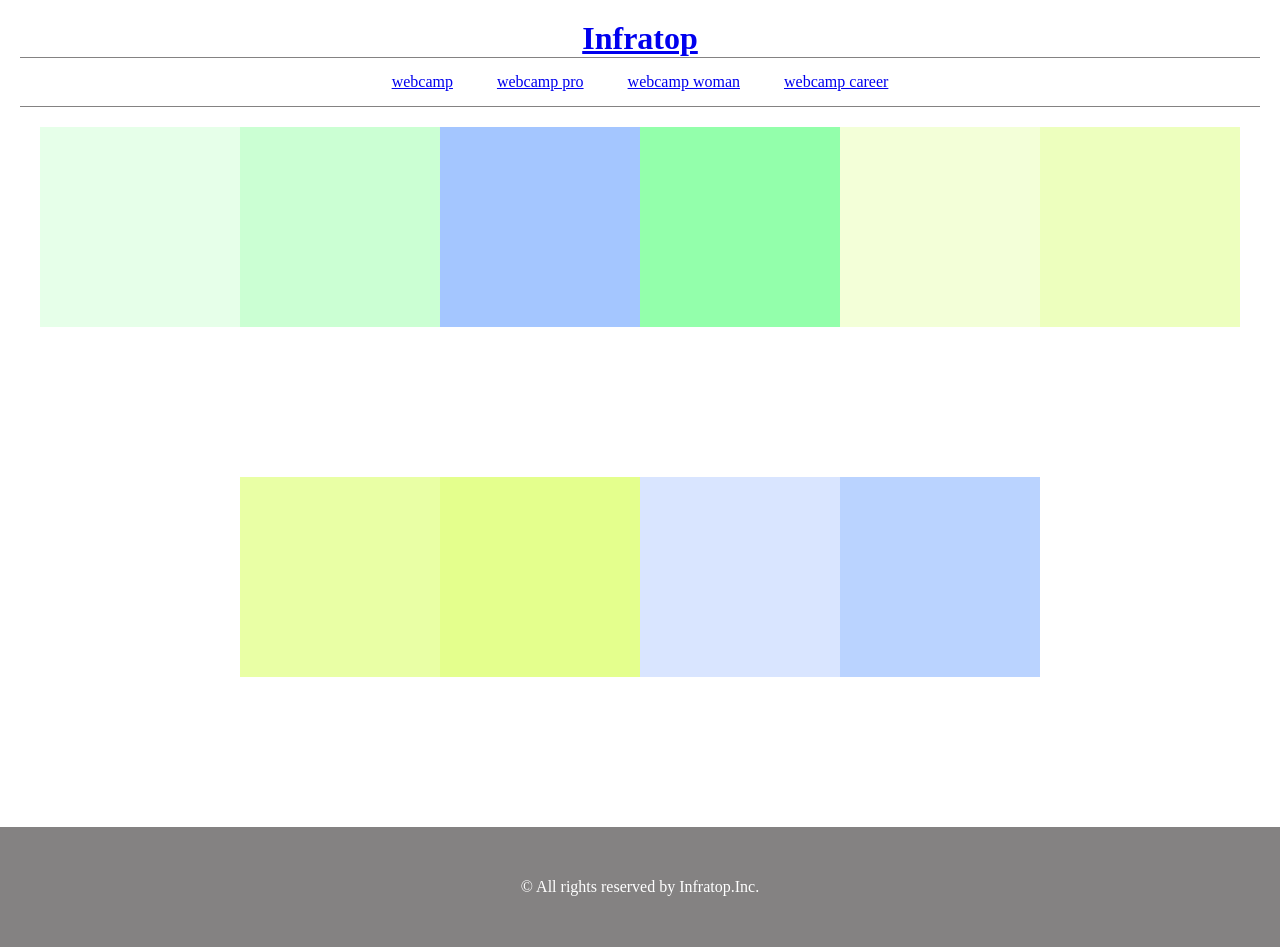
Repository: tkikokiko/webcamp-practice
Page: 1-5/index1-5.html
The author's editor kept a record of every edit. The page is drawn from the files as they stood at one moment, then again after the next edit.
The browser window is 1280 px wide. The pictures show the whole page.

Above is the page before.

### 1-5/index1-5.html
<!DOCTYPE html>
<!DOCTYPE html>
<html lang="ja">
  <head>
    <meta charset="UTF-8" />
    <link rel="stylesheet" href="style1-5.css" />
    <title>kadai1-5</title>
  </head>

  <body>
    <header>
      <h1 class="heading">
        <a href="index1-5.html">
          Infratop
        </a>
      </h1>

      <nav>
        <ul class="nav-list">
          <li class="nav-list-item">
            <a href="index1-5.html">
              webcamp
            </a>
          </li>
          <li class="nav-list-item">
            <a href="index1-5.html">
              webcamp pro
            </a>
          </li>
          <li class="nav-list-item">
            <a href="index1-5.html">
              webcamp woman
            </a>
          </li>
          <li class="nav-list-item">
            <a href="index1-5.html">
              webcamp career
            </a>
          </li>
        </ul>
      </nav>
    </header>

    <div class=main>
      <div class=box1-left></div>
      <div class=box1-center-left></div>
      <div class=box1-center-right></div>
      <div class=box1-right></div>

      <div class=box2-left></div>
      <div class=box2-center-left></div>
      <div class=box2-center-right></div>
      <div class=box2-right></div>

      <div class=box3-left></div>
      <div class=box3-center-left></div>
      <div class=box3-center-right></div>
      <div class=box3-right></div>
    </div>

    <footer>
      <p class="footer-text">© All rights reserved by Infratop.Inc.</p>
    </footer>
  </body>

</html>

### 1-5/style1-5.css
* {
  margin: 0;
  padding: 0;
  box-sizing: border-box;
  /*color: #6c6b6b;*/
}

header {
  width: 100%;
  padding: 20px 0;
  margin: 0 auto;
  text-align: center;

}

header .heading {
  font-size: 32px
  /*line-height: 72px;*/
}

.nav-list {
  text-align: center;
  padding: 15px;
  margin:  0 20px;
  border-top:solid 1px #848282;
  border-bottom:solid 1px #848282;
}

.nav-list-item {
  list-style: none;
  display: inline-block;
  margin: 0 20px;
}

.main {
  width: 100%;
  height: 700px;
  display: flex;
  justify-content: center;
  margin: 0 auto;
  flex-wrap: wrap;
}

.box1-left {
  width: 200px;
  height: 200px;
  background-color: #e6ffe9;
}
.box1-center-left {
  width: 200px;
  height: 200px;
  background-color: #cbffd3;
}
.box1-center-right {
  width: 200px;
  height: 200px;
  background-color: #aeffbd;
}
.box1-right {
  width: 200px;
  height: 200px;
  background-color: #93ffab;
}

.box2-left {
  width: 200px;
  height: 200px;
  background-color: #f3ffd8;
}
.box2-center-left {
  width: 200px;
  height: 200px;
  background-color: #edffbe;
}
.box2-center-right {
  width: 200px;
  height: 200px;
  background-color: #e9ffa5;
}
.box2-right {
  width: 200px;
  height: 200px;
  background-color: #e4ff8d;
}

.box3-left {
  width: 200px;
  height: 200px;
  background-color: #d9e5ff;
}
.box3-center-left {
  width: 200px;
  height: 200px;
  background-color: #bad3ff;
}
.box1-center-right {
  width: 200px;
  height: 200px;
  background-color: #a4c6ff;
}
.box1-right {
  width: 200px;
  height: 200px;
  background-color: #93ffab;
}
footer{
  width: 100%;
  height: 120px;
  text-align: center;
  line-height: 120px;
  background-color: #848282;
}

.footer-text {
  color: #fff;
}

After the next edit:
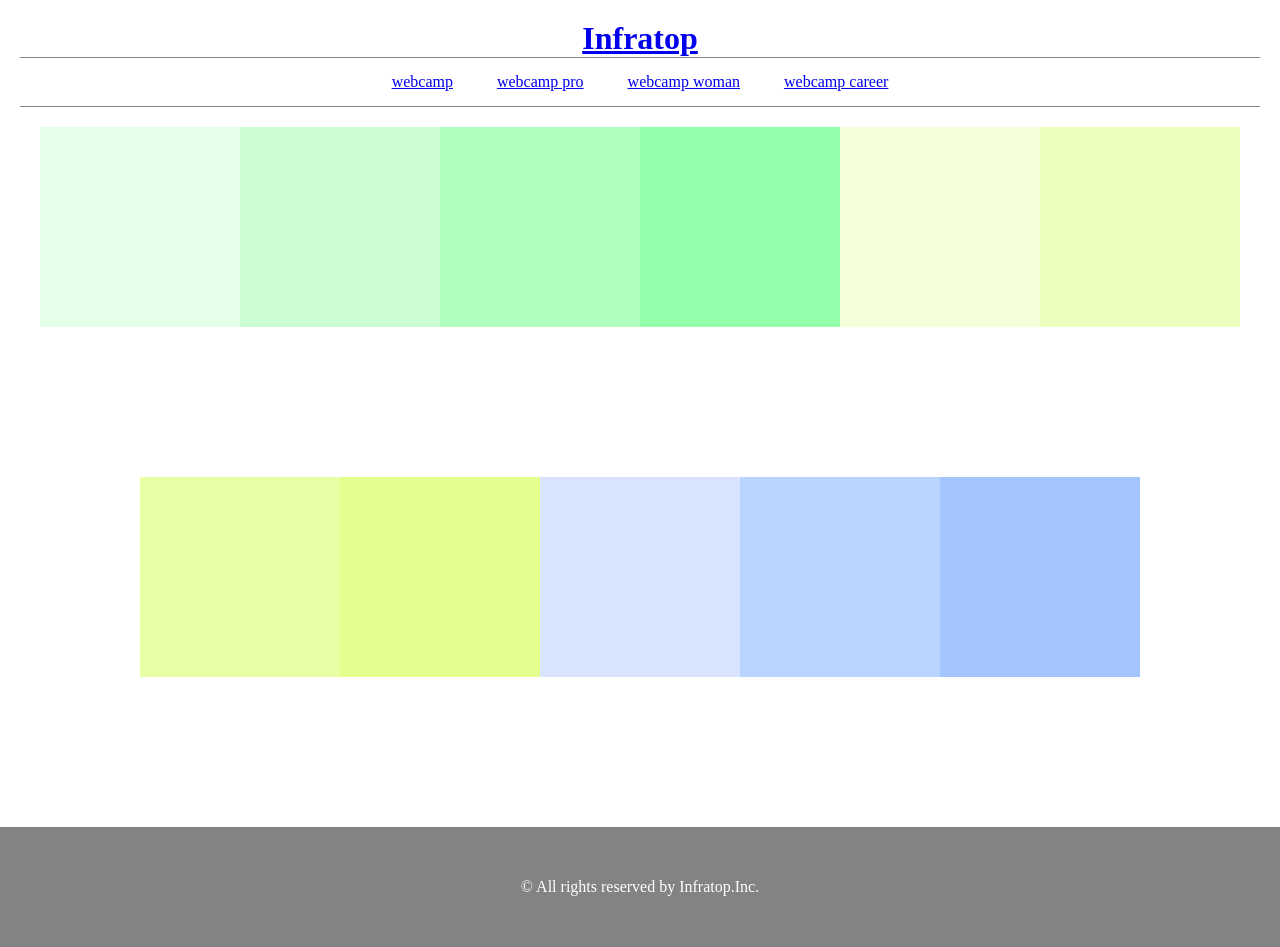
The edit:
--- a/1-5/style1-5.css
+++ b/1-5/style1-5.css
@@ -93,7 +93,7 @@
   height: 200px;
   background-color: #bad3ff;
 }
-.box1-center-right {
+.box3-center-right {
   width: 200px;
   height: 200px;
   background-color: #a4c6ff;
